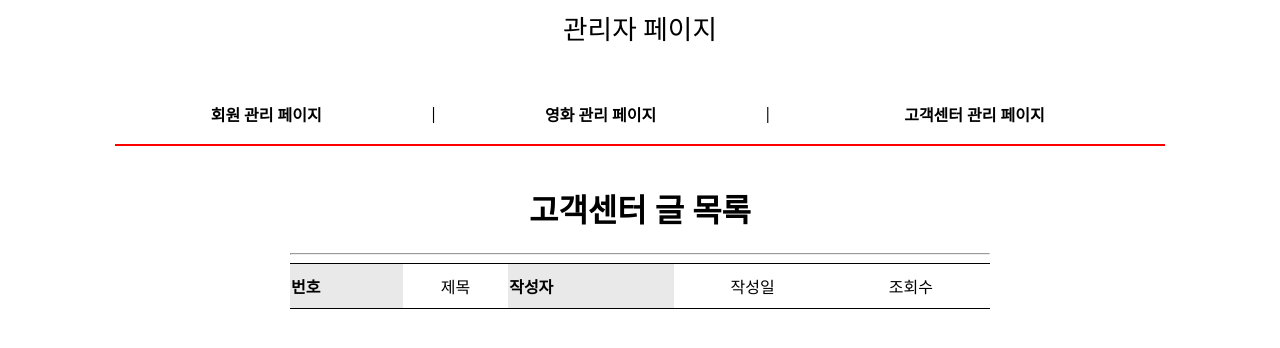
Repository: Tah282/movieSite
Page: http://localhost/CGV_project/WEB-INF/views/manager/boardManagement.jsp
These files come from the project's save history. The page is drawn as it stood at one moment and after the next save; the edit follows.
The browser window is 1280 px wide. The pictures show the whole page.
The page is served by Tomcat 9. Nobody is signed in. The template is opened directly, without the code that normally fills it, so the values that code supplies are empty.

Above is the page before, as saved 2024-01-04 05:56:57.

After the next save:
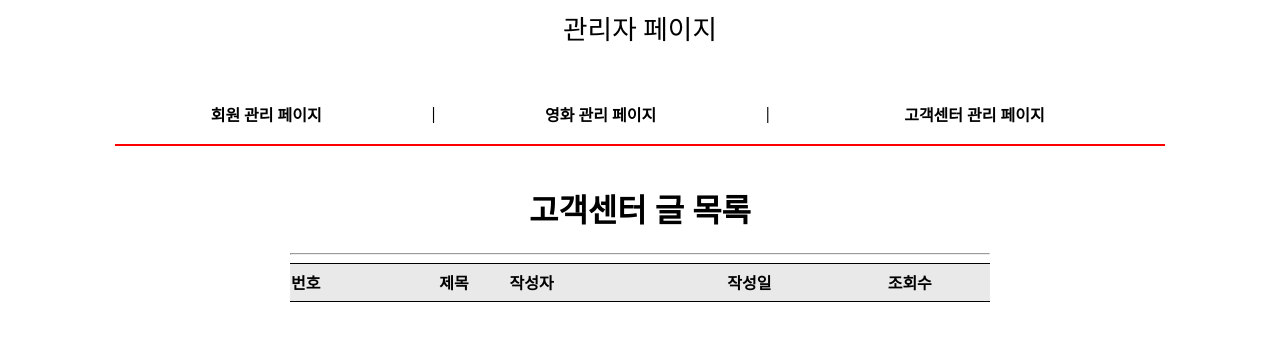
Saved 14 s later.
--- a/CGV_project/src/main/webapp/WEB-INF/views/manager/boardManagement.jsp
+++ b/CGV_project/src/main/webapp/WEB-INF/views/manager/boardManagement.jsp
@@ -21,10 +21,10 @@
 		<table class="board-content">
 			<tr>
 				<td class="board-content2">번호</td>
-				<td class="board-content4">제목</td>
+				<td class="board-content2_1">제목</td>
 				<td class="board-content2">작성자</td>
-				<td class="board-content4">작성일</td>
-				<td class="board-content4">조회수</td>
+				<td class="board-content2_1">작성일</td>
+				<td class=board-content2_1>조회수</td>
 			</tr>
 		<c:forEach var="board" items="${boardList}">
 			<tr>
